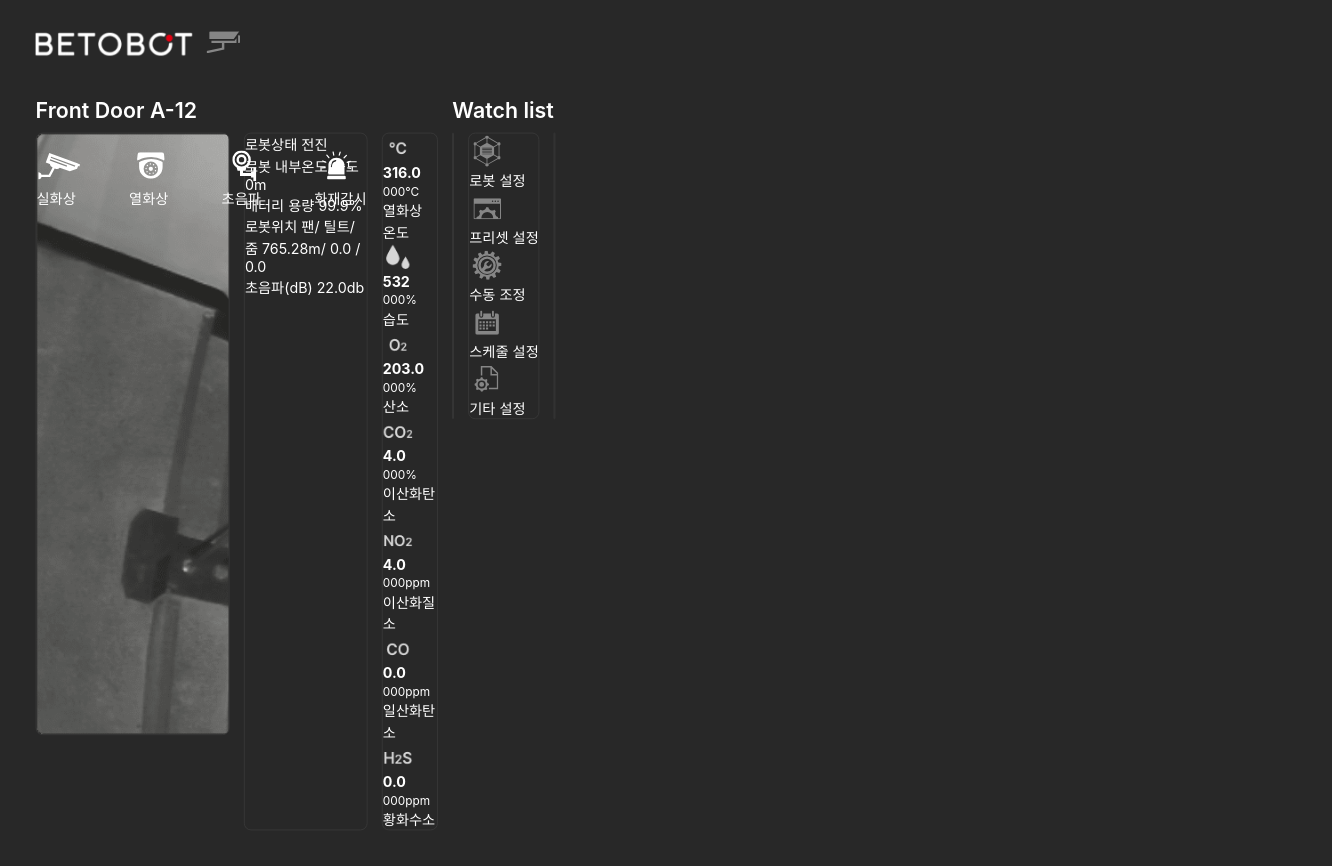
Repository: jang0ha/betobot
Page: content/main/main.html
The author's editor kept a copy of each file at every save. The page is drawn from the files as they stood at one save, then again after the next save.
The browser window is 1280 px wide. The page is 1280 px wide, then 1497 px, so the pictures cover 1497 px, including what lies to the right of the window. The pictures show the whole page, at 89% of full size.
Some web fonts or font styles are not loaded; a fallback is used. The style sheet was rebuilt from its Sass, Less or Tailwind sources for each picture, by a compiler version that may differ from the author's.

Above is the page before, as saved 2022-07-12 17:14:10.

### content/main/main.html
<!DOCTYPE html>
<html lang="en">

<head>
    <meta charset="UTF-8">
    <meta http-equiv="X-UA-Compatible" content="IE=edge">
    <meta name="viewport" content="width=device-width, initial-scale=1.0">
    <meta name="viewport" content="width=device-width, user-scalable=no, initial-scale=1.0">
    <meta name="format-detection" content="telephone=no">
    <title>BETOBOT</title>

    <!-- 스타일 css -->
    <link rel="stylesheet" href="/resources/css/style.css">



    <!-- 제이쿼리 js -->
    <script src="/resources/js/jquery/jquery.min.js"></script>
    <script src="/resources/lib/jquery-ui/jquery-ui.min.js"></script>

    <!-- gsap -->
    <script src="/resources/lib/gsap/gsap.min.js"></script>
</head>
<body id="main">
    <div id="wrap">
        <!-- 헤더 -->
        <div id="header-block">
            <header>
                <div class="container">
                    <div class="header-wrap">
                        <a href="/content/main/main.html" class="logo-wrap">
                            <img src="../../resources/images/icon-logo.png" alt="BETOBOT 로고 이미지" class="logo">
                            <img src="../../resources/images/icon-camera.svg" alt="로고 카메라 이미지" class="logo-camera">
                        </a>
                    </div>
                </div>
            </header>
        </div>

        <!-- 컨텐츠 -->
        <div id="content-block">
            <main id="content" role="main">
                <div class="container">
                    <div class="row-wrap">
                        <div class="left-container">
                            <div class="title">Front Door A-12</div>
                            <div class="row-wrap">
                                <div class="front-list-wrap card" style="background-image:url('../../resources/images/@sample-front-img.png')">
                                    <ul>
                                        <li>
                                            <a href="javascript:'';"  class="active">
                                                <i class="icon-front-camera"></i>
                                                <p>실화상</p>
                                            </a>
                                        </li>
                                        <li>
                                            <a href="javascript:'';" >
                                                <i class="icon-front-temper"></i>
                                                <p>열화상</p>
                                            </a>
                                        </li>
                                        <li>
                                            <a href="javascript:'';">
                                                <i class="icon-front-wave"></i>
                                                <p>초음파</p>
                                            </a>
                                        </li>
                                        <li>
                                            <a href="javascript:'';">
                                                <i class="icon-front-fire"></i>
                                                <p>화재감시</p>
                                            </a>
                                        </li>
                                    </ul>
                                </div>

                                <div class="robot-information-wrap card">
                                    <ul>
                                        <li>
                                            <span class="index">로봇상태</span>
                                            <span class="index-information">전진</span>
                                        </li>
                                        <li>
                                            <span class="index">로봇 내부온도/습도</span>
                                            <span class="index-information">0m</span>
                                        </li>
                                        <li>
                                            <span class="index">배터리 용량</span>
                                            <span class="index-information">99.9%</span>
                                        </li>
                                        <li>
                                            <span class="index">로봇위치 팬/ 틸트/ 줌</span>
                                            <span class="index-information">765.28m/ 0.0 / 0.0</span>
                                        </li>
                                        <li>
                                            <span class="index">초음파(dB)</span>
                                            <span class="index-information">22.0db</span>
                                        </li>
                                    </ul>
                                </div>

                                <div class="sensor-information-wrap card">
                                    <ul>
                                        <li>
                                            <i class="icon-info-temper"></i>
                                            <strong>316.0</strong>
                                            <small>000℃</small>
                                            <p class="name">열화상 온도</p>
                                        </li>
                                        <li>
                                            <i class="icon-info-humidity"></i>
                                            <strong>532</strong>
                                            <small>000%</small>
                                            <p class="name">습도</p>
                                        </li>
                                        <li>
                                            <i class="icon-info-o2"></i>
                                            <strong>203.0</strong>
                                            <small>000%</small>
                                            <p class="name">산소</p>
                                        </li>
                                        <li>
                                            <i class="icon-info-co2"></i>
                                            <strong>4.0</strong>
                                            <small>000%</small>
                                            <p class="name">이산화탄소</p>
                                        </li>
                                        <li>
                                            <i class="icon-info-no2"></i>
                                            <strong>4.0</strong>
                                            <small>000ppm</small>
                                            <p class="name">이산화질소</p>
                                        </li>
                                        <li>
                                            <i class="icon-info-co"></i>
                                            <strong>0.0</strong>
                                            <small>000ppm</small>
                                            <p class="name">일산화탄소</p>
                                        </li>
                                        <li>
                                            <i class="icon-info-h2s"></i>
                                            <strong>0.0</strong>
                                            <small>000ppm</small>
                                            <p class="name">황화수소</p>
                                        </li>
                                    </ul>
                                </div>
                            </div>
                        </div>
                        <div class="right-contianer">
                            <div class="title">Watch list</div>
                            <div class="row-wrap">
                                <div class="watch-list-wrap card"></div>
                                <div class="watch-list-btn-wrap card">
                                    <ul>
                                        <li>
                                            <a href="">
                                                <i class="icon-menu-robot"></i>
                                                <p>로봇 설정</p>
                                            </a>
                                        </li>
                                        <li>
                                            <a href="">
                                                <i class="icon-menu-preset"></i>
                                                <p>프리셋 설정</p>
                                            </a>
                                        </li>
                                        <li>
                                            <a href="">
                                                <i class="icon-menu-handwork"></i>
                                                <p>수동 조정</p>
                                            </a>
                                        </li>
                                        <li>
                                            <a href="">
                                                <i class="icon-menu-schedule"></i>
                                                <p>스케줄 설정</p>
                                            </a>
                                        </li>
                                        <li>
                                            <a href="">
                                                <i class="icon-menu-etc"></i>
                                                <p>기타 설정</p>
                                            </a>
                                        </li>
                                    </ul>
                                </div>
                                <div class="watch-map card">

                                </div>
                            </div>
                        </div>
                    </div>
                </div>
            </main>
        </div>


        <!-- 푸터 -->
        <!-- <div id="footer-block">
            <footer>
            </footer>
        </div> -->
    </div>

    <!-- ui.js  -->
    <!-- <script src="/resources/js/ui.js"></script> -->

    <script>

    </script>
</body>

</html>

### resources/scss/style.scss
@import url('https://cdn.jsdelivr.net/gh/orioncactus/pretendard/dist/web/static/pretendard-dynamic-subset.css');

* {
    padding: 0;
    margin: 0;
}

html,body{
    margin:0;padding:0; width:100%; height:100%;
    font-family: 'Pretendard', -apple-system, BlinkMacSystemFont, system-ui, Roboto, 'Helvetica Neue', 'Segoe UI', 'Apple SD Gothic Neo', 'Noto Sans KR', 'Malgun Gothic', sans-serif;
    background:#282828;
    color:#fff;

    scrollbar-face-color: transparent;
	scrollbar-track-color: transparent;
	scrollbar-arrow-color: #fff;
	scrollbar-3dlight-color: none;
	scrollbar-shadow-color: #fff;
	scrollbar-darkshadow-color: none;
    scrollbar-color: #fff transparent;
    scrollbar-width: auto;
}
::-webkit-scrollbar{
	width: 8px;
	height: 8px;
	background-color: transparent;
}
::-webkit-scrollbar-track{
	border-radius: 0;
	background-color: transparent;
}
::-webkit-scrollbar-thumb{
	border-radius: 8px;
	background-color: #fff;
}
::-webkit-scrollbar-button {
    width: 0;
    height: 0;
}

ul,ol{
    list-style: none;
}
a{text-decoration: none; display: block; color:#fff;}

.container{
    width: calc(100% - 80px);
    padding:0 40px;
}


// 이미지
[class^=icon-]{display: inline-block;vertical-align: middle;background-repeat: no-repeat;background-position: 50% 50%; background-size: contain;}
[class^=icon-front-]{width:50px; height:50px;}
[class^=icon-info-]{width:34px; height:34px;}
[class^=icon-menu-]{width:40px; height:40px;}

.icon-front-camera{background-image: url('../images/icon-front-camera.svg');}
.icon-front-temper{background-image: url('../images/icon-front-temper.svg');}
.icon-front-wave{background-image: url('../images/icon-front-wave.svg');}
.icon-front-fire{background-image: url('../images/icon-front-fire.svg');}

.icon-info-temper{background-image: url('../images/icon-info-temper.png');}
.icon-info-humidity{background-image: url('../images/icon-info-humidity.png');}
.icon-info-o2{background-image: url('../images/icon-info-o2.png');}
.icon-info-co2{background-image: url('../images/icon-info-co2.png');}
.icon-info-no2{background-image: url('../images/icon-info-no2.png');}
.icon-info-co{background-image: url('../images/icon-info-co.png');}
.icon-info-h2s{background-image: url('../images/icon-info-h2s.png');}

.icon-menu-robot{background-image: url('../images/icon-menu-robot.svg');}
.icon-menu-preset{background-image: url('../images/icon-menu-preset.svg');}
.icon-menu-handwork{background-image: url('../images/icon-menu-handwork.svg');}
.icon-menu-schedule{background-image: url('../images/icon-menu-schedule.svg');}
.icon-menu-etc{background-image: url('../images/icon-menu-etc.svg');}


// 헤더
#header-block{
    padding:35px 0 5px 0;
    .logo-wrap{
        display: flex;
        align-items: flex-start;
        .logo{
            width: 176px;
            margin-right: 16px;
        }
    }
}

// 컨텐트
#content{
    padding:40px 0;
}

// 공통 시작
.row-wrap{
    display: flex;
    gap: 16px;
}

.card{
    border-radius: 8px;
    border: solid 1px #393939;
}

.title{
    font-size: 24px;
    font-weight: 600;
    margin-bottom: 10px;
}

// 공통 끝



.front-list-wrap{
    position: relative;
    max-width: 1200px;
    width: 100%;
    height: 675px;
    ul{
        position: absolute;
        display: flex;
        gap: 4px;
        li{
            flex:0 0 100px;
            a{
                display: flex;
                flex-direction: column;
                padding:10px 0 13px 0;
            }
        }
    }
}

Loaded but not shown: resources/js/jquery/jquery.min.js (library); resources/lib/jquery-ui/jquery-ui.min.js (library); resources/lib/gsap/gsap.min.js (library)

After the next save:
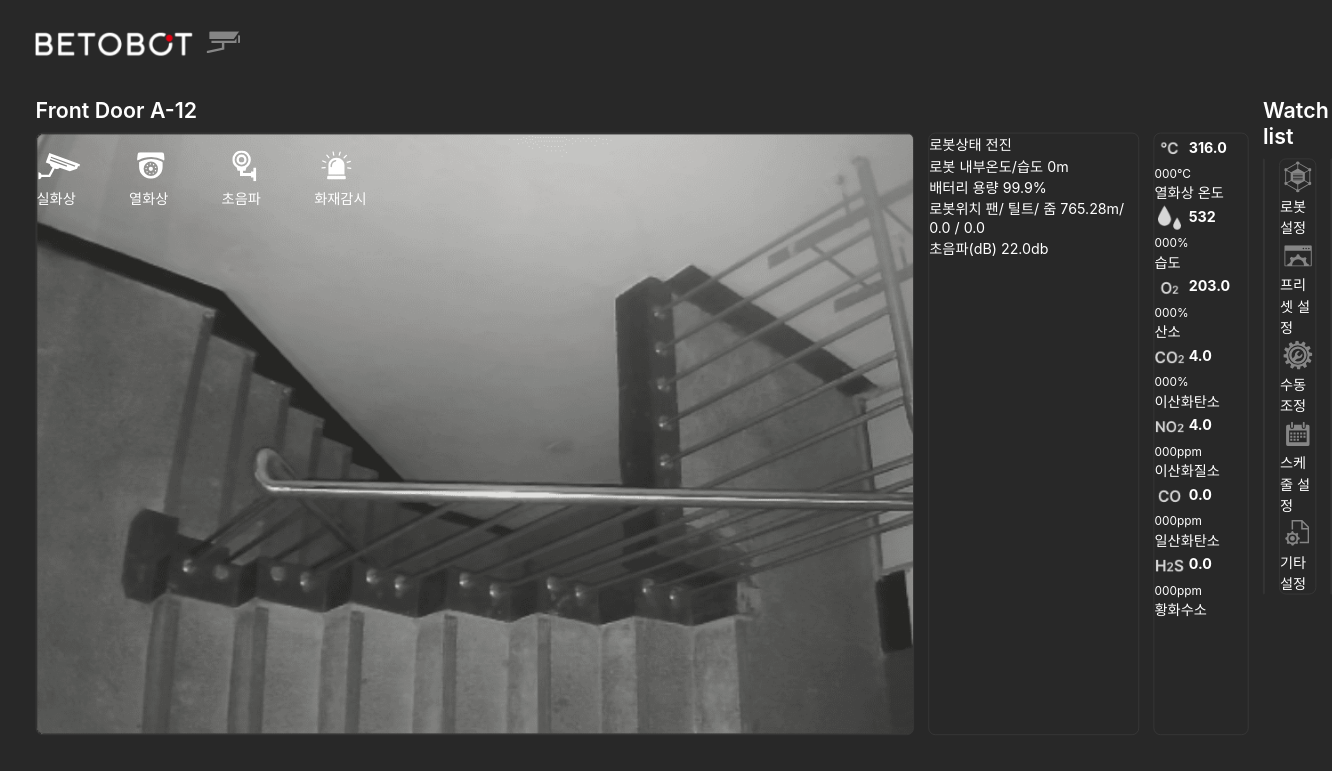
Saved 7 s later.
--- a/resources/scss/style.scss
+++ b/resources/scss/style.scss
@@ -116,8 +116,7 @@
 
 .front-list-wrap{
     position: relative;
-    max-width: 1200px;
-    width: 100%;
+    width: 1200px;
     height: 675px;
     ul{
         position: absolute;
